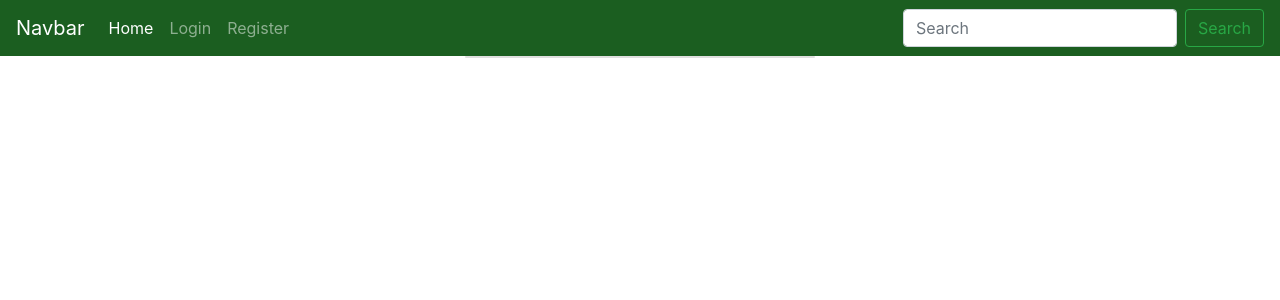
Repository: Chandnim0712/Ecommerce-Spring-Boot-Project
Page: http://localhost/LoginPage/register.jsp
The author's editor kept a copy of each file at every save. The page is drawn from the files as they stood at one save, then again after the next save.
The browser window is 1280 px wide. The pictures show the whole page.
The page is served by Tomcat 9.

Above is the page before, as saved 2025-06-11 20:01:20.

After the next save:
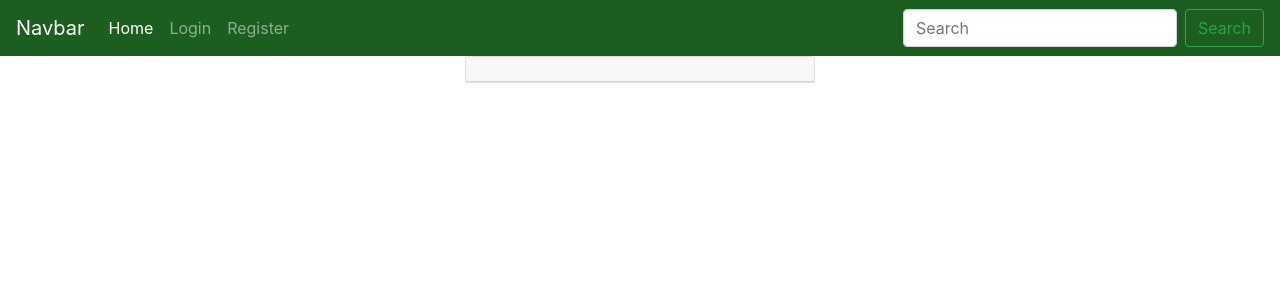
Saved 7 s later.
--- a/LoginPage/src/main/webapp/register.jsp
+++ b/LoginPage/src/main/webapp/register.jsp
@@ -50,7 +50,7 @@
 		<div class="row">
 			<div class="col-md-4 offset-md-4">
 				<div class="card">
-					<div class="header">
+					<div class="card-header">
 						<div></div>
 					</div>
 				</div>
